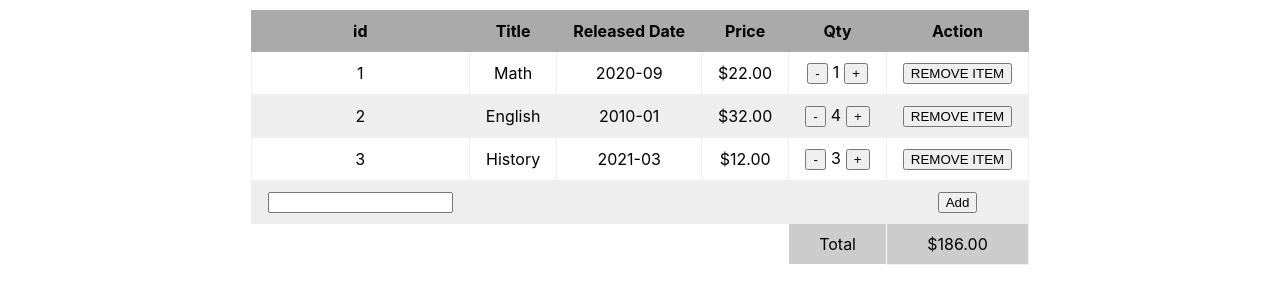
Repository: vgg1kkh/myBookStoreBasket
Page: /
These files come from the project's save history. The page is drawn as it stood at one moment and after a run of saves; the edit follows.
The browser window is 1280 px wide. The pictures show the whole page.
The project was rebuilt for these pictures with package versions that can differ from the ones it lists, and the page was loaded fresh each time.

Above is the page before, as saved 2021-10-07 21:15:59.

After the next 2 saves:
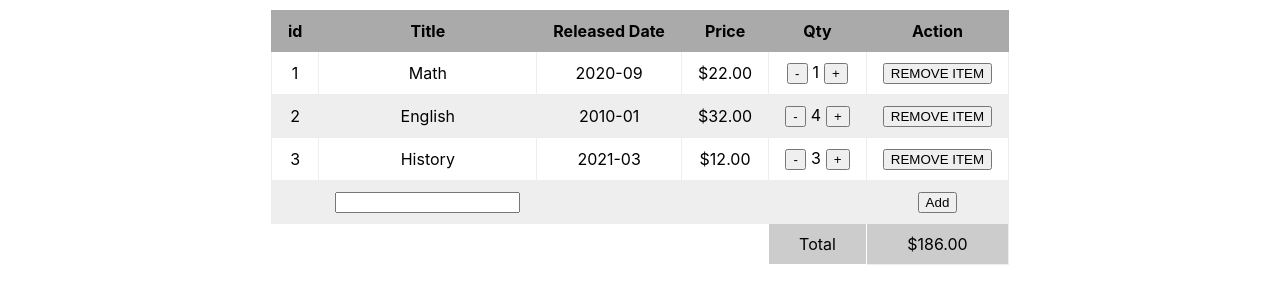
The 2 saves are shown as one change because they came seconds apart.
The last was saved 23 s later.
--- a/src/App.js
+++ b/src/App.js
@@ -105,8 +105,8 @@ export default class App extends Component {
                 ? this.renderBooks()
                 : this.renderEmyptTip()}
               <tr>
+                <td></td>
                 <td><input /></td>
-                <td></td>
                 <td></td>
                 <td></td>
                 <td></td>
